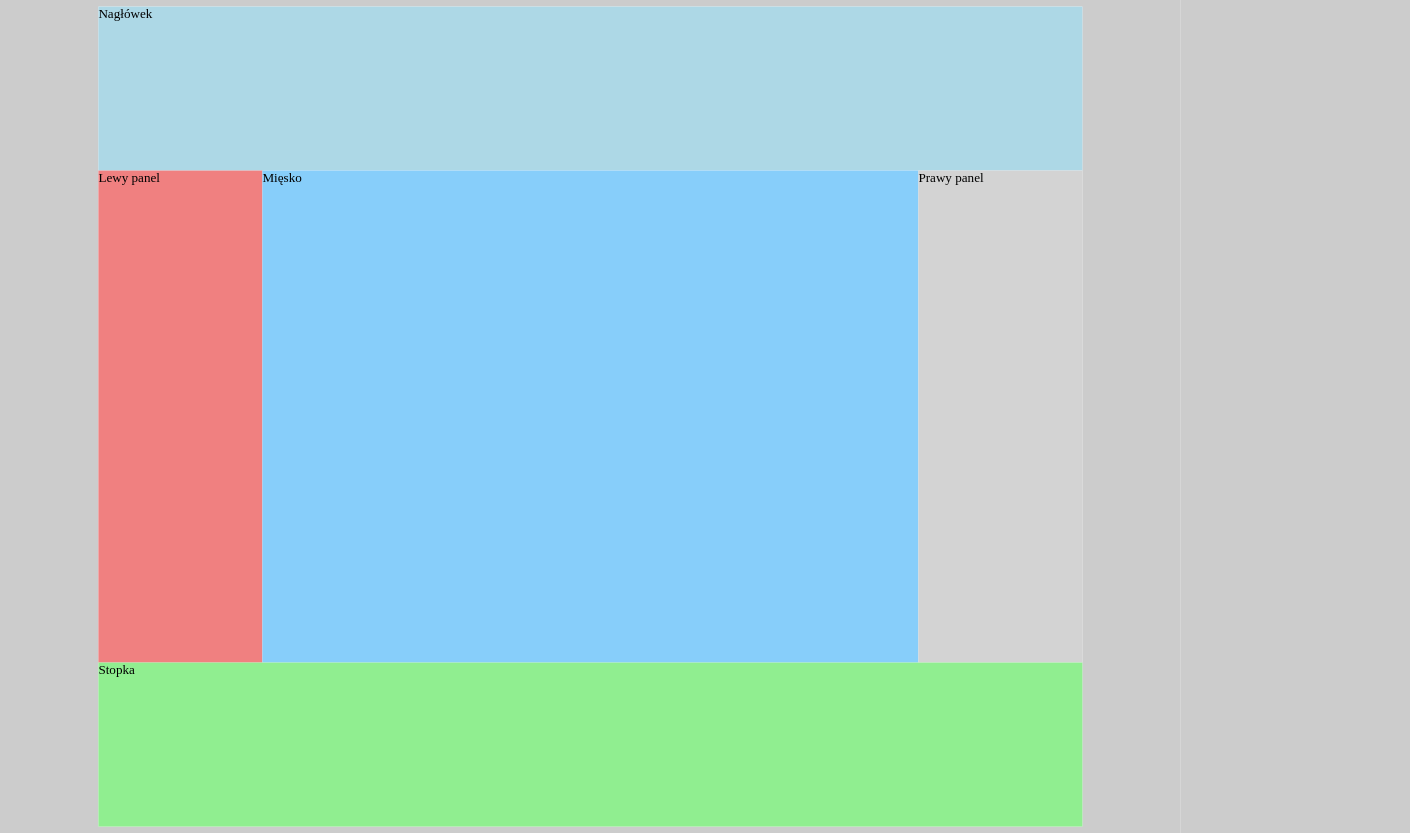
Repository: Gumiin/studia
Page: wykłady/14.04/exaple 3/index.html
The author's editor kept a copy of each file at every save. The page is drawn from the files as they stood at one save, then again after the next save.
The browser window is 1440 px wide. The page is 1440 px wide, then 1720 px, so the pictures cover 1720 px, including what lies to the right of the window. The pictures show the whole page, at 82% of full size.

Above is the page before, as saved 2021-04-14 16:02:41.

### wykłady/14.04/exaple 3/index.html
<!DOCTYPE html>
<html lang="en">
<head>
    <meta charset="UTF-8">
    <meta http-equiv="X-UA-Compatible" content="IE=edge">
    <meta name="viewport" content="width=device-width, initial-scale=1.0">
    <link rel="stylesheet" href="style.css">
    <title>Document</title>
</head>
<body>
    <main>
        <header>Nagłówek</header>
        <aside>Lewy panel</aside>
        <article>Mięsko</article>
        <section>Prawy panel</section>
        <footer>Stopka</footer>
    </main>
</body>
</html>

### wykłady/14.04/exaple 3/style.css
/* all nd mobile */
body{
    background-color: #ccc;
}
main{
    margin: 0 auto;
    background:#fff;
    /*height: 800px;*/
    width: 1200px;
    display: grid;
    /* grid-template-columns: auto;
    grid-template-rows: auto; */
    /* grid-auto-rows: 400px; */
    grid-template-areas:
        "header"
        "lside"
        "main"
        "rside"
        "footer";
}
main > *{
    background-color: antiquewhite;
}
header{
    background-color: lightblue;
    /* grid-column-start: start;
    grid-column-end: end; */
    /* grid-row: 1/3; */
    /* grid-column: 1/4; */
    grid-area: header;
}
aside{
    background-color: lightcoral;
    grid-area: lside;
}
article{
    background-color: lightskyblue;
    grid-area: main;
}
section{
    background-color: lightgray;
    grid-area: rside;
}
footer{
    background-color: lightgreen;
    grid-area: footer;

}
/* @media screen and (max-width: 800px) {} */
/* @media screen and (max-width: 800px) and (max-width:800px) {}  */
/* tel pion <576
tel poziom < 768
tablet pion < 992
tablet poiom i malestare brzydkie ekrany< 1200
desktopy< 1400 */

@media screen and (min-width: 576px) {
    main{/* grid-template-columns: auto;
        grid-template-rows: auto; */
        /* grid-auto-rows: 400px; */
        grid-template-areas:
            "header"
            "lside"
            "main"
            "rside"
            "footer";
        }
}
@media screen and (min-width: 768px) {
    main{
        grid-template-columns: 1fr 1fr;
        grid-template-areas:
            "header header"
            "lside rside"
            "main main"
            "footer footer";
        }
}
@media screen and (min-width: 992px) {
    main{
        grid-template-columns: 1fr 1fr;
        grid-template-areas:
            "header header header"
            "lside main rside"
            "footer footer footer";
        }
}
@media screen and (min-width: 1200px) {
    main{
        grid-template-columns: 200px 800px 200px;
        grid-template-rows: 200px 600px 200px;
        /*grid-auto-rows: 400px;*/
        grid-template-areas:
            "header header header"
            "lside main rside"
            "footer footer footer";
    }
}
@media screen and (min-width: 1400px) {

}

After the next save:
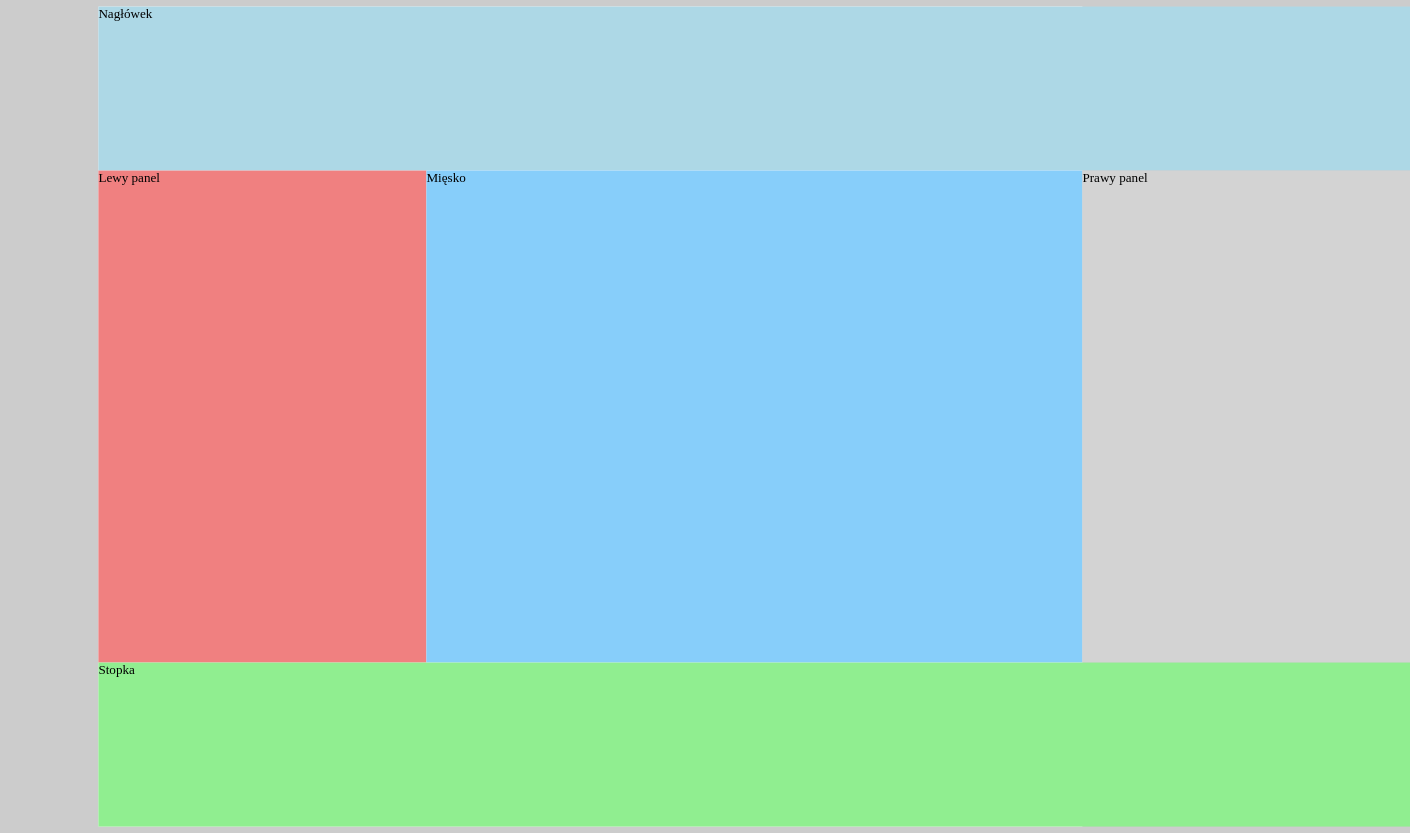
Saved 74 s later.
--- a/wykłady/14.04/exaple 3/style.css
+++ b/wykłady/14.04/exaple 3/style.css
@@ -89,13 +89,10 @@ desktopy< 1400 */
     main{
         grid-template-columns: 200px 800px 200px;
         grid-template-rows: 200px 600px 200px;
-        /*grid-auto-rows: 400px;*/
-        grid-template-areas:
-            "header header header"
-            "lside main rside"
-            "footer footer footer";
     }
 }
 @media screen and (min-width: 1400px) {
-
+    main{
+        grid-template-columns: 400px 800px 400px;
+    }
 }
